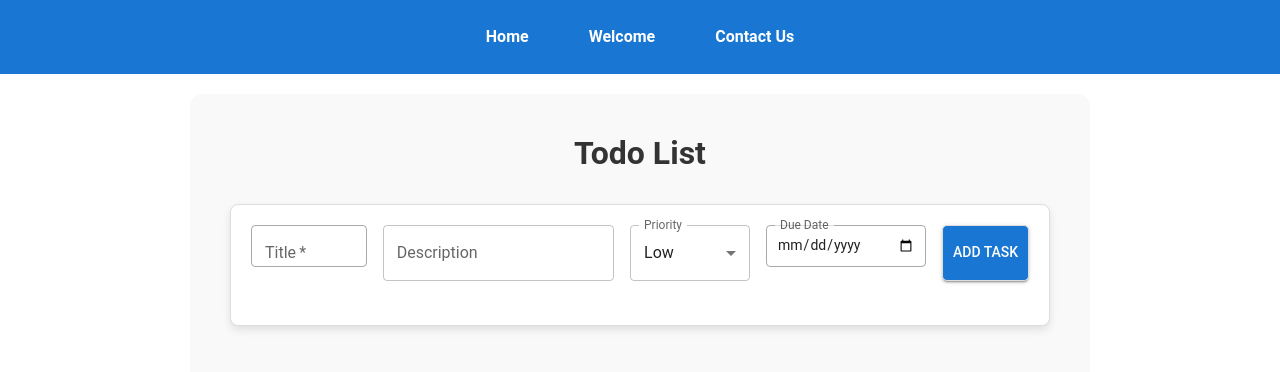
Repository: HPNChanel/Todo-List-Web-App
Page: / (app in frontend/todolist/)
These files come from the project's save history. The page is drawn as it stood at one moment and after the next save; the edit follows.
The browser window is 1280 px wide. The pictures show the whole page.
The page's requests for data from a server got no answer. The project was rebuilt for these pictures with package versions that can differ from the ones it lists, and the page was loaded fresh each time. No one was signed in, and anything a server would have sent is missing. Also part of the build but not shown: frontend/todolist/src/styles/TaskItem.css, frontend/todolist/src/components/TaskItem.js, frontend/todolist/src/styles/WelcomePage.css, frontend/todolist/src/pages/WelcomePage.js, frontend/todolist/src/styles/NotFound.css, frontend/todolist/src/pages/NotFound.js. Imported but missing from the stored project, and not drawn on this page: frontend/todolist/src/components/ContactUs.

Above is the page before, as saved 2024-11-05 09:42:03.

### frontend/todolist/src/App.js
// src/App.js
import React from 'react';
import { BrowserRouter as Router, Routes, Route } from 'react-router-dom';
import { TaskProvider } from './contexts/TaskContext';
import TaskList from './components/TaskList';
import NavBar from './components/NavBar';
import WelcomePage from './pages/WelcomePage';
import ContactUs from './components/ContactUs';
import { Container, CssBaseline, ThemeProvider, createTheme } from '@mui/material';
import NotFound from './pages/NotFound';

const theme = createTheme({
    palette: {
        primary: {
            main: '#1976d2',
        },
        secondary: {
            main: '#f50057',
        },
    },
    typography: {
        fontFamily: 'Roboto, Arial, sans-serif',
    },
});

function App() {
    return (
        <ThemeProvider theme={theme}>
            <CssBaseline />
            <TaskProvider>
                <Router>
                    <NavBar />
                    <Container>
                        <Routes>
                            <Route path="/" element={<TaskList />} />
                            <Route path="/welcome" element={<WelcomePage />} />
                            <Route path="/contact" element={<ContactUs />} />
                            <Route path="*" element={<NotFound />} />
                        </Routes>
                    </Container>
                </Router>
            </TaskProvider>
        </ThemeProvider>
    );
}

export default App;

### frontend/todolist/src/contexts/TaskContext.js
import React, { createContext, useState, useEffect } from 'react';
import { getTasks, createTask, updateTask, deleteTask } from '../api/TaskApi';

export const TaskContext = createContext();

export const TaskProvider = ({ children }) => {
  const [tasks, setTasks] = useState([]);

  useEffect(() => {
    fetchTasks();
  }, []);

  const fetchTasks = async () => {
    const data = await getTasks();
    setTasks(data);
  };

  const addTask = async (task) => {
    const newTask = await createTask(task);
    setTasks([...tasks, newTask]);
  };

  const editTask = async (id, updatedTask) => {
    const task = await updateTask(id, updatedTask);
    setTasks(tasks.map((t) => (t.id === task.id ? task : t)));
  };

  const removeTask = async (id) => {
    await deleteTask(id);
    setTasks(tasks.filter((t) => t.id !== id));
  };

  return (
    <TaskContext.Provider value={{ tasks, addTask, editTask, removeTask }}>
      {children}
    </TaskContext.Provider>
  );
};

### frontend/todolist/src/components/TaskList.js
// src/components/TaskList.js
import React, { useState } from 'react';
import { Grid, Typography } from '@mui/material';
import TaskItem from './TaskItem';
import TaskForm from './TaskForm';
import useTasks from '../hooks/useTasks';
import '../styles/TaskList.css';

function TaskList() {
    const { tasks } = useTasks();
    const [taskToEdit, setTaskToEdit] = useState(null);

    const handleEdit = (task) => {
        setTaskToEdit(task);
    };

    const clearTaskToEdit = () => {
        setTaskToEdit(null);
    };

    return (
        <div className="task-list">
            <Typography variant="h4" gutterBottom>Todo List</Typography>
            <TaskForm taskToEdit={taskToEdit} clearTaskToEdit={clearTaskToEdit} />
            <Grid container spacing={2} className="task-grid">
                {tasks.map((task) => (
                    <Grid item xs={12} sm={6} md={4} key={task.id}>
                        <TaskItem task={task} onEdit={handleEdit} />
                    </Grid>
                ))}
            </Grid>
        </div>
    );
}

export default TaskList;

### frontend/todolist/src/components/NavBar.js
// src/components/NavBar.js
import React from 'react';
import { Link } from 'react-router-dom';
import '../styles/NavBar.css';

const NavBar = () => (
    <nav className="nav-bar">
        <Link to="/">Home</Link>
        <Link to="/welcome">Welcome</Link>
        <Link to="/contact">Contact Us</Link>
    </nav>
);

export default NavBar;

### frontend/todolist/src/api/TaskApi.js
import axios from 'axios';

const API_URL = 'http://localhost:8000/api/tasks/';

//* Declare API Function for tasks

export const getTasks = async () => {
  const response = await axios.get(API_URL);
  return response.data;
};

export const createTask = async (task) => {
  const response = await axios.post(API_URL, task);
  return response.data;
};

export const updateTask = async (id, task) => {
  const response = await axios.put(`${API_URL}${id}/`, task)
  return response.data;
};

export const deleteTask = async (id) => {
  await axios.delete(`${API_URL}${id}/`)
}

### frontend/todolist/src/components/TaskForm.js
// src/components/TaskForm.js
import React, { useState, useEffect } from 'react';
import { TextField, Button, MenuItem, Box } from '@mui/material';
import { motion } from 'framer-motion';
import useTasks from '../hooks/useTasks';
import '../styles/TaskForm.css';

function TaskForm({ taskToEdit, clearTaskToEdit }) {
    const { addTask, editTask } = useTasks();
    const [title, setTitle] = useState(taskToEdit?.title || '');
    const [description, setDescription] = useState(taskToEdit?.description || '');
    const [priority, setPriority] = useState(taskToEdit?.priority || 1);
    const [dueDate, setDueDate] = useState(taskToEdit?.due_date || '');

    useEffect(() => {
        if (taskToEdit) {
            setTitle(taskToEdit.title);
            setDescription(taskToEdit.description);
            setPriority(taskToEdit.priority);
            setDueDate(taskToEdit.due_date);
        }
    }, [taskToEdit]);

    const handleSubmit = (e) => {
        e.preventDefault();
        const taskData = { title, description, priority, due_date: dueDate };
        if (taskToEdit) {
            editTask(taskToEdit.id, taskData);
            clearTaskToEdit();
        } else {
            addTask(taskData);
        }
        setTitle('');
        setDescription('');
        setPriority(1);
        setDueDate('');
    };

    return (
        <motion.div
            className="task-form"
            initial={{ opacity: 0, y: -20 }}
            animate={{ opacity: 1, y: 0 }}
            transition={{ duration: 0.5 }}
        >
            <Box component="form" onSubmit={handleSubmit} sx={{ display: 'flex', gap: 2, mb: 3 }}>
                <TextField
                    label="Title"
                    variant="outlined"
                    value={title}
                    onChange={(e) => setTitle(e.target.value)}
                    required
                    sx={{ flex: 1 }}
                />
                <TextField
                    label="Description"
                    variant="outlined"
                    multiline
                    maxRows={4}
                    value={description}
                    onChange={(e) => setDescription(e.target.value)}
                    sx={{ flex: 2 }}
                />
                <TextField
                    select
                    label="Priority"
                    variant="outlined"
                    value={priority}
                    onChange={(e) => setPriority(e.target.value)}
                    sx={{ width: 120 }}
                >
                    <MenuItem value={1}>Low</MenuItem>
                    <MenuItem value={2}>Medium</MenuItem>
                    <MenuItem value={3}>High</MenuItem>
                </TextField>
                <TextField
                    label="Due Date"
                    type="date"
                    InputLabelProps={{ shrink: true }}
                    value={dueDate}
                    onChange={(e) => setDueDate(e.target.value)}
                    sx={{ width: 160 }}
                />
                <Button type="submit" variant="contained" color="primary">
                    {taskToEdit ? "Update Task" : "Add Task"}
                </Button>
            </Box>
        </motion.div>
    );
}

export default TaskForm;

### frontend/todolist/src/hooks/useTasks.js
import { useContext } from "react";
import { TaskContext } from "../contexts/TaskContext";

const useTasks = () => {
  return useContext(TaskContext);
};

export default useTasks;

### frontend/todolist/src/styles/TaskList.css
.task-list {
  padding: 40px;
  background-color: #f9f9f9;
  border-radius: 12px;
  max-width: 900px;
  margin: 20px auto;
}

.task-list h4 {
  text-align: center;
  margin-bottom: 30px;
  font-size: 2em;
  color: #333;
  font-weight: bold;
}

.task-list .task-grid {
  display: grid;
  grid-template-columns: repeat(auto-fill, minmax(250px, 1fr));
  gap: 25px;
  justify-items: center;
}

### frontend/todolist/src/styles/NavBar.css
.nav-bar {
  display: flex;
  justify-content: center;
  gap: 20px;
  padding: 15px 0;
  background-color: #1976d2;
  color: white;
}

.nav-bar a {
  color: white;
  text-decoration: none;
  font-weight: bold;
  padding: 10px 20px;
  border-radius: 5px;
  transition: background-color 0.3s ease;
}

.nav-bar a:hover {
  background-color: #0056b3;
}

### frontend/todolist/src/styles/TaskForm.css
.task-form {
  display: flex;
  flex-wrap: wrap;
  gap: 10px;
  margin-bottom: 30px;
  padding: 20px;
  border: 1px solid #ddd;
  border-radius: 8px;
  background-color: #ffffff;
  box-shadow: 0 4px 8px rgba(0, 0, 0, 0.1);
}

.task-form input,
.task-form select,
.task-form button {
  padding: 10px;
  border-radius: 5px;
  border: 1px solid #ddd;
  font-size: 14px;
}

.task-form button {
  background-color: #1976d2;
  color: white;
  cursor: pointer;
  transition: background-color 0.3s ease;
}

.task-form button:hover {
  background-color: #0056b3;
}

Loaded but not shown: frontend/todolist/public/index.html (common file); frontend/todolist/src/index.js (common file); frontend/todolist/src/index.css (common file); frontend/todolist/tailwind.config.js (common file)

After the next save:
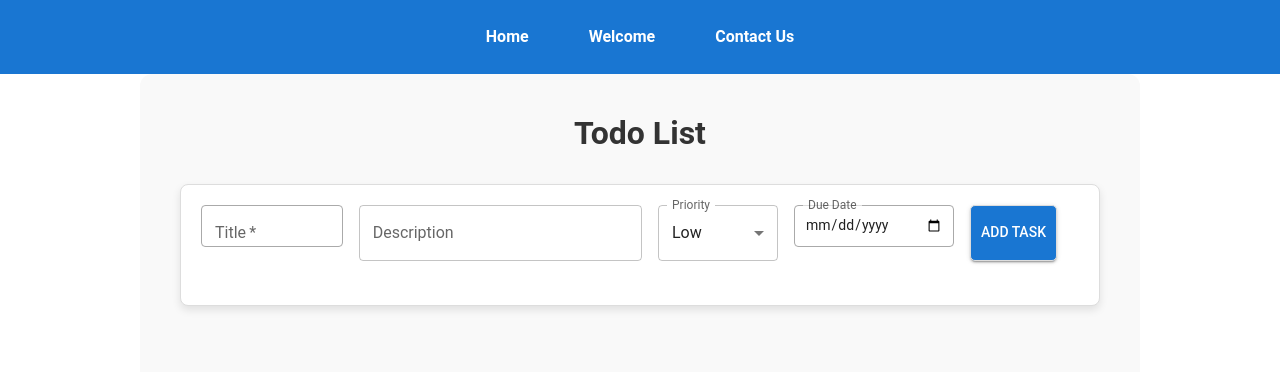
Saved 10 s later.
--- a/frontend/todolist/src/styles/TaskList.css
+++ b/frontend/todolist/src/styles/TaskList.css
@@ -2,8 +2,9 @@
   padding: 40px;
   background-color: #f9f9f9;
   border-radius: 12px;
-  max-width: 900px;
-  margin: 20px auto;
+  max-width: 1000px;
+  margin: auto;
+  box-sizing: border-box;
 }
 
 .task-list h4 {
@@ -16,7 +17,9 @@
 
 .task-list .task-grid {
   display: grid;
-  grid-template-columns: repeat(auto-fill, minmax(250px, 1fr));
+  grid-template-columns: repeat(auto-fill, minmax(300px, 1fr));
   gap: 25px;
   justify-items: center;
+  padding: 10px;
+  box-sizing: border-box;
 }
